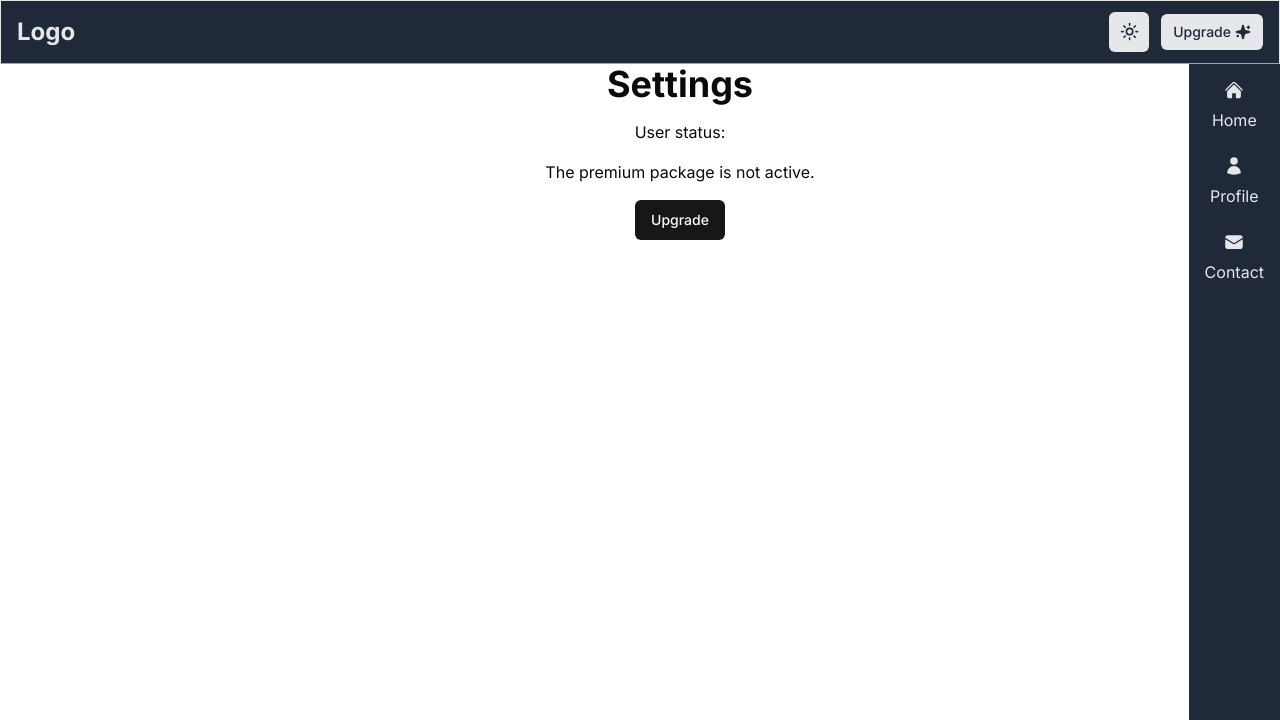
Repository: michalmilek/AI-companion-bot
Page: /settings
These files come from the project's save history. The page is drawn as it stood at one moment and after the next save; the edit follows.
The browser window is 1280 px wide. The pictures show the whole page.
The page's requests for data from a server got no answer. The project was rebuilt for these pictures with package versions that can differ from the ones it lists, and the page was loaded fresh each time. Some packages were replaced by stand-ins written for this rebuild. The framework's server and built-in components were replaced by stand-ins that run in the browser. No one was signed in, and anything a server would have sent is missing. Also part of the build but not shown: next.config.js. Imported but missing from the stored project, and not drawn on this page: lib/prismadb.

Above is the page before, as saved 2023-10-10 15:40:25.

### app/layout.tsx
import { ClerkProvider } from "@clerk/nextjs";
import "./globals.css";
import type { Metadata } from "next";
import { Inter } from "next/font/google";
import { ThemeProvider } from "@/components/theme-provider";

const inter = Inter({ subsets: ["latin"] });

export const metadata: Metadata = {
  title: "Create Next App",
  description: "Generated by create next app",
};

export default function RootLayout({
  children,
}: {
  children: React.ReactNode;
}) {
  return (
    <ClerkProvider>
      <html lang="en">
        <body className={inter.className}>
          <ThemeProvider
            attribute="class"
            defaultTheme="light"
            enableSystem
            disableTransitionOnChange>
            {children}
          </ThemeProvider>
        </body>
      </html>
    </ClerkProvider>
  );
}

### app/(root)/layout.tsx
import MobileSidebar from "@/components/MobileSidebar";
import Navbar from "@/components/Navbar";
import React from "react";

const RootLayout = ({ children }: { children: React.ReactNode }) => {
  return (
    <div className="h-screen">
      <Navbar />
      <MobileSidebar />
      <main className="md:pl-20 pt-16 h-full">{children}</main>
    </div>
  );
};

export default RootLayout;

### app/(root)/(routes)/settings/page.tsx
import { checkSubscription } from "@/lib/subscription";
import React from "react";
import SubscriptionPanel from "./companion/SubscriptionPanel";

const page = async () => {
  const isPro = await checkSubscription();
  return (
    <div>
      <SubscriptionPanel isPro={isPro} />
    </div>
  );
};

export default page;

### app/globals.css
@tailwind base;
@tailwind components;
@tailwind utilities;

@layer base {
  :root {
    --background: 0 0% 100%;
    --foreground: 0 0% 3.9%;

    --card: 0 0% 100%;
    --card-foreground: 0 0% 3.9%;

    --popover: 0 0% 100%;
    --popover-foreground: 0 0% 3.9%;

    --primary: 0 0% 9%;
    --primary-foreground: 0 0% 98%;

    --secondary: 0 0% 96.1%;
    --secondary-foreground: 0 0% 9%;

    --muted: 0 0% 96.1%;
    --muted-foreground: 0 0% 45.1%;

    --accent: 0 0% 96.1%;
    --accent-foreground: 0 0% 9%;

    --destructive: 0 84.2% 60.2%;
    --destructive-foreground: 0 0% 98%;

    --border: 0 0% 89.8%;
    --input: 0 0% 89.8%;
    --ring: 0 0% 3.9%;

    --radius: 0.5rem;
  }

  .dark {
    --background: 0 0% 3.9%;
    --foreground: 0 0% 98%;

    --card: 0 0% 3.9%;
    --card-foreground: 0 0% 98%;

    --popover: 0 0% 3.9%;
    --popover-foreground: 0 0% 98%;

    --primary: 0 0% 98%;
    --primary-foreground: 0 0% 9%;

    --secondary: 0 0% 14.9%;
    --secondary-foreground: 0 0% 98%;

    --muted: 0 0% 14.9%;
    --muted-foreground: 0 0% 63.9%;

    --accent: 0 0% 14.9%;
    --accent-foreground: 0 0% 98%;

    --destructive: 0 62.8% 30.6%;
    --destructive-foreground: 0 0% 98%;

    --border: 0 0% 14.9%;
    --input: 0 0% 14.9%;
    --ring: 0 0% 83.1%;
  }
}

@layer base {
  * {
    @apply border-border;
  }
  body {
    @apply bg-background text-foreground;
  }
}

*{
  box-sizing: border-box;
  padding: 0;
  margin: 0;
}

### components/MobileSidebar.tsx
"use client";

import React, { useState } from "react";
import { AnimatePresence, motion } from "framer-motion";
import { useTheme } from "next-themes";
import clsx from "clsx";
import { Theme, getThemeBackground } from "@/app/utils/helpers";
import { Button } from "./ui/button";
import {
  XMarkIcon,
  HomeIcon,
  UserIcon,
  EnvelopeIcon,
} from "@heroicons/react/24/solid";
import Link from "next/link";

const MobileSidebar = () => {
  const { theme } = useTheme();
  console.log("🚀 ~ theme:", theme);
  const [isOpen, setIsOpen] = useState(false);

  const toggleMenu = () => {
    setIsOpen(!isOpen);
  };

  return (
    <motion.aside
      key={"mobileSidebar"}
      className={`h-full py-2 fixed bottom-0 top-16 right-0 ${getThemeBackground(
        theme as Theme
      )}`}
      initial={{ x: "100%" }}
      animate={{ x: 0 }}
      transition={{ type: "tween", duration: 0.3 }}>
      <ul className="flex flex-col gap-2">
        <li>
          <Link
            className="flex flex-col items-center gap-2 py-2 hover:bg-gray-700"
            href="/">
            <HomeIcon className="h-5 w-5" />
            <span>Home</span>
          </Link>
        </li>
        <li>
          <Link
            className="flex flex-col items-center gap-2 py-2 px-4 hover:bg-gray-700"
            href="/profile">
            <UserIcon className="h-5 w-5" />
            <span>Profile</span>
          </Link>
        </li>
        <li>
          <Link
            className="flex flex-col items-center gap-2 py-2 px-4 hover:bg-gray-700"
            href="/contact">
            <EnvelopeIcon className="h-5 w-5" />
            <span>Contact</span>
          </Link>
        </li>
      </ul>
    </motion.aside>
  );
};
export default MobileSidebar;

### components/Navbar.tsx
"use client";

import React, { useEffect, useState } from "react";
import { UserButton } from "@clerk/nextjs";
import { Button } from "./ui/button";
import { Sparkles } from "lucide-react";
import { ThemeToggle } from "./theme-toggle";
import { useTheme } from "next-themes";
import clsx from "clsx";
import { Theme, getThemeBackground, getThemeColor } from "@/app/utils/helpers";

const Navbar = () => {
  const { theme } = useTheme();

  return (
    <nav
      className={`${getThemeBackground(
        theme as Theme
      )} h-16 flex justify-between items-center px-4 fixed top-0 left-0 right-0 z-50 border-b-gray-400 border`}>
      <a
        href="#"
        className="text-2xl font-bold">
        Logo
      </a>
      <div className="flex items-center gap-3">
        <ThemeToggle />
        <Button
          size="sm"
          variant={getThemeColor(theme as Theme)}>
          Upgrade
          <Sparkles className="text-gray-800 fill-gray-800 h-4 w-4" />
        </Button>

        <UserButton />
      </div>
    </nav>
  );
};

export default Navbar;

### lib/subscription.ts
import { auth } from "@clerk/nextjs";

import prismadb from "@/lib/prismadb";

const DAY_IN_MS = 86_400_000;

export const checkSubscription = async () => {
  const { userId } = auth();

  if (!userId) {
    return false;
  }

  const userSubscription = await prismadb.userSubscription.findUnique({
    where: {
      userId,
    },
    select: {
      stripeCurrentPeriodEnd: true,
      stripeCustomerId: true,
      stripePriceId: true,
      stripeSubscriptionId: true,
    },
  });

  if (!userSubscription) {
    return false;
  }

  const isValid =
    userSubscription.stripePriceId &&
    userSubscription.stripeCurrentPeriodEnd?.getTime()! + DAY_IN_MS >
      Date.now();

  return !!isValid;
};

### app/(root)/(routes)/settings/companion/SubscriptionPanel.tsx
"use client";

import { Button } from "@/components/ui/button";
import axios from "axios";
import React from "react";

const SubscriptionPanel = ({ isPro }: { isPro: boolean }) => {
  const onSubscribe = async () => {
    try {
      const response = await axios.get("/api/stripe");

      window.location.href = response.data.url;
    } catch (error) {
      console.log("onSubscribe error", error);
    }
  };

  return (
    <div className="flex flex-col gap-4 items-center justify-center">
      <h1 className="text-4xl font-bold">Settings</h1>
      <h2>User status:</h2>
      <p>
        {isPro
          ? "The premium package is active."
          : "The premium package is not active."}
      </p>
      <Button onClick={onSubscribe}>
        {isPro ? "Edit your subscription" : "Upgrade"}
      </Button>
    </div>
  );
};

export default SubscriptionPanel;

### app/utils/helpers.ts
import clsx from "clsx";

export type Theme = "dark" | "system" | "light";

export function getThemeColor(theme: Theme) {
  if (theme === "dark" || theme === "system") {
    return "dark";
  } else {
    return "gray";
  }
}

export const getThemeBackground = (theme: Theme) => {
  return clsx(
    (theme === "dark" || theme === "system") && "bg-gray-200 text-gray-800",
    theme === "light" && "bg-gray-800 text-gray-200"
  );
};

### components/ui/button.tsx
import * as React from "react";
import { Slot } from "@radix-ui/react-slot";
import { cva, type VariantProps } from "class-variance-authority";

import { cn } from "@/lib/utils";

const buttonVariants = cva(
  "inline-flex items-center justify-center rounded-md text-sm font-medium ring-offset-background transition-colors focus-visible:outline-none focus-visible:ring-2 focus-visible:ring-ring focus-visible:ring-offset-2 disabled:pointer-events-none disabled:opacity-50",
  {
    variants: {
      variant: {
        default: "bg-primary text-primary-foreground hover:bg-primary/90",
        destructive:
          "bg-destructive text-destructive-foreground hover:bg-destructive/90",
        outline:
          "border border-input bg-background hover:bg-accent hover:text-accent-foreground",
        secondary:
          "bg-secondary text-secondary-foreground hover:bg-secondary/80",
        ghost: "hover:bg-accent hover:text-accent-foreground",
        link: "text-primary underline-offset-4 hover:underline",
        gray: "bg-gray-200 text-gray-800 flex items-center gap-1 hover:bg-gray-300 transition-all",
        dark: "bg-gray-800 text-gray-200 flex items-center gap-1 hover:bg-gray-600 transition-all",
      },
      size: {
        default: "h-10 px-4 py-2",
        sm: "h-9 rounded-md px-3",
        lg: "h-11 rounded-md px-8",
        icon: "h-10 w-10",
      },
    },
    defaultVariants: {
      variant: "default",
      size: "default",
    },
  }
);

export interface ButtonProps
  extends React.ButtonHTMLAttributes<HTMLButtonElement>,
    VariantProps<typeof buttonVariants> {
  asChild?: boolean;
}

const Button = React.forwardRef<HTMLButtonElement, ButtonProps>(
  ({ className, variant, size, asChild = false, ...props }, ref) => {
    const Comp = asChild ? Slot : "button";
    return (
      <Comp
        className={cn(buttonVariants({ variant, size, className }))}
        ref={ref}
        {...props}
      />
    );
  }
);
Button.displayName = "Button";

export { Button, buttonVariants };

### components/theme-toggle.tsx
"use client";

import * as React from "react";
import { Moon, Sun } from "lucide-react";
import { useTheme } from "next-themes";

import { Button } from "@/components/ui/button";
import {
  DropdownMenu,
  DropdownMenuContent,
  DropdownMenuItem,
  DropdownMenuTrigger,
} from "@/components/ui/dropdown-menu";
import { Theme, getThemeColor } from "@/app/utils/helpers";

export function ThemeToggle() {
  const { theme, setTheme } = useTheme();

  return (
    <DropdownMenu>
      <DropdownMenuTrigger asChild>
        <Button
          variant={getThemeColor(theme as Theme)}
          size="icon">
          <Sun className="h-[1.2rem] w-[1.2rem] rotate-0 scale-100 transition-all dark:-rotate-90 dark:scale-0" />
          <Moon className="absolute h-[1.2rem] w-[1.2rem] rotate-90 scale-0 transition-all dark:rotate-0 dark:scale-100" />
          <span className="sr-only">Toggle theme</span>
        </Button>
      </DropdownMenuTrigger>
      <DropdownMenuContent align="end">
        <DropdownMenuItem onClick={() => setTheme("light")}>
          Light
        </DropdownMenuItem>
        <DropdownMenuItem onClick={() => setTheme("dark")}>
          Dark
        </DropdownMenuItem>
        <DropdownMenuItem onClick={() => setTheme("system")}>
          System
        </DropdownMenuItem>
      </DropdownMenuContent>
    </DropdownMenu>
  );
}

### components/ui/dropdown-menu.tsx
"use client"

import * as React from "react"
import * as DropdownMenuPrimitive from "@radix-ui/react-dropdown-menu"
import { Check, ChevronRight, Circle } from "lucide-react"

import { cn } from "@/lib/utils"

const DropdownMenu = DropdownMenuPrimitive.Root

const DropdownMenuTrigger = DropdownMenuPrimitive.Trigger

const DropdownMenuGroup = DropdownMenuPrimitive.Group

const DropdownMenuPortal = DropdownMenuPrimitive.Portal

const DropdownMenuSub = DropdownMenuPrimitive.Sub

const DropdownMenuRadioGroup = DropdownMenuPrimitive.RadioGroup

const DropdownMenuSubTrigger = React.forwardRef<
  React.ElementRef<typeof DropdownMenuPrimitive.SubTrigger>,
  React.ComponentPropsWithoutRef<typeof DropdownMenuPrimitive.SubTrigger> & {
    inset?: boolean
  }
>(({ className, inset, children, ...props }, ref) => (
  <DropdownMenuPrimitive.SubTrigger
    ref={ref}
    className={cn(
      "flex cursor-default select-none items-center rounded-sm px-2 py-1.5 text-sm outline-none focus:bg-accent data-[state=open]:bg-accent",
      inset && "pl-8",
      className
    )}
    {...props}
  >
    {children}
    <ChevronRight className="ml-auto h-4 w-4" />
  </DropdownMenuPrimitive.SubTrigger>
))
DropdownMenuSubTrigger.displayName =
  DropdownMenuPrimitive.SubTrigger.displayName

const DropdownMenuSubContent = React.forwardRef<
  React.ElementRef<typeof DropdownMenuPrimitive.SubContent>,
  React.ComponentPropsWithoutRef<typeof DropdownMenuPrimitive.SubContent>
>(({ className, ...props }, ref) => (
  <DropdownMenuPrimitive.SubContent
    ref={ref}
    className={cn(
      "z-50 min-w-[8rem] overflow-hidden rounded-md border bg-popover p-1 text-popover-foreground shadow-lg data-[state=open]:animate-in data-[state=closed]:animate-out data-[state=closed]:fade-out-0 data-[state=open]:fade-in-0 data-[state=closed]:zoom-out-95 data-[state=open]:zoom-in-95 data-[side=bottom]:slide-in-from-top-2 data-[side=left]:slide-in-from-right-2 data-[side=right]:slide-in-from-left-2 data-[side=top]:slide-in-from-bottom-2",
      className
    )}
    {...props}
  />
))
DropdownMenuSubContent.displayName =
  DropdownMenuPrimitive.SubContent.displayName

const DropdownMenuContent = React.forwardRef<
  React.ElementRef<typeof DropdownMenuPrimitive.Content>,
  React.ComponentPropsWithoutRef<typeof DropdownMenuPrimitive.Content>
>(({ className, sideOffset = 4, ...props }, ref) => (
  <DropdownMenuPrimitive.Portal>
    <DropdownMenuPrimitive.Content
      ref={ref}
      sideOffset={sideOffset}
      className={cn(
        "z-50 min-w-[8rem] overflow-hidden rounded-md border bg-popover p-1 text-popover-foreground shadow-md data-[state=open]:animate-in data-[state=closed]:animate-out data-[state=closed]:fade-out-0 data-[state=open]:fade-in-0 data-[state=closed]:zoom-out-95 data-[state=open]:zoom-in-95 data-[side=bottom]:slide-in-from-top-2 data-[side=left]:slide-in-from-right-2 data-[side=right]:slide-in-from-left-2 data-[side=top]:slide-in-from-bottom-2",
        className
      )}
      {...props}
    />
  </DropdownMenuPrimitive.Portal>
))
DropdownMenuContent.displayName = DropdownMenuPrimitive.Content.displayName

const DropdownMenuItem = React.forwardRef<
  React.ElementRef<typeof DropdownMenuPrimitive.Item>,
  React.ComponentPropsWithoutRef<typeof DropdownMenuPrimitive.Item> & {
    inset?: boolean
  }
>(({ className, inset, ...props }, ref) => (
  <DropdownMenuPrimitive.Item
    ref={ref}
    className={cn(
      "relative flex cursor-default select-none items-center rounded-sm px-2 py-1.5 text-sm outline-none transition-colors focus:bg-accent focus:text-accent-foreground data-[disabled]:pointer-events-none data-[disabled]:opacity-50",
      inset && "pl-8",
      className
    )}
    {...props}
  />
))
DropdownMenuItem.displayName = DropdownMenuPrimitive.Item.displayName

const DropdownMenuCheckboxItem = React.forwardRef<
  React.ElementRef<typeof DropdownMenuPrimitive.CheckboxItem>,
  React.ComponentPropsWithoutRef<typeof DropdownMenuPrimitive.CheckboxItem>
>(({ className, children, checked, ...props }, ref) => (
  <DropdownMenuPrimitive.CheckboxItem
    ref={ref}
    className={cn(
      "relative flex cursor-default select-none items-center rounded-sm py-1.5 pl-8 pr-2 text-sm outline-none transition-colors focus:bg-accent focus:text-accent-foreground data-[disabled]:pointer-events-none data-[disabled]:opacity-50",
      className
    )}
    checked={checked}
    {...props}
  >
    <span className="absolute left-2 flex h-3.5 w-3.5 items-center justify-center">
      <DropdownMenuPrimitive.ItemIndicator>
        <Check className="h-4 w-4" />
      </DropdownMenuPrimitive.ItemIndicator>
    </span>
    {children}
  </DropdownMenuPrimitive.CheckboxItem>
))
DropdownMenuCheckboxItem.displayName =
  DropdownMenuPrimitive.CheckboxItem.displayName

const DropdownMenuRadioItem = React.forwardRef<
  React.ElementRef<typeof DropdownMenuPrimitive.RadioItem>,
  React.ComponentPropsWithoutRef<typeof DropdownMenuPrimitive.RadioItem>
>(({ className, children, ...props }, ref) => (
  <DropdownMenuPrimitive.RadioItem
    ref={ref}
    className={cn(
      "relative flex cursor-default select-none items-center rounded-sm py-1.5 pl-8 pr-2 text-sm outline-none transition-colors focus:bg-accent focus:text-accent-foreground data-[disabled]:pointer-events-none data-[disabled]:opacity-50",
      className
    )}
    {...props}
  >
    <span className="absolute left-2 flex h-3.5 w-3.5 items-center justify-center">
      <DropdownMenuPrimitive.ItemIndicator>
        <Circle className="h-2 w-2 fill-current" />
      </DropdownMenuPrimitive.ItemIndicator>
    </span>
    {children}
  </DropdownMenuPrimitive.RadioItem>
))
DropdownMenuRadioItem.displayName = DropdownMenuPrimitive.RadioItem.displayName

const DropdownMenuLabel = React.forwardRef<
  React.ElementRef<typeof DropdownMenuPrimitive.Label>,
  React.ComponentPropsWithoutRef<typeof DropdownMenuPrimitive.Label> & {
    inset?: boolean
  }
>(({ className, inset, ...props }, ref) => (
  <DropdownMenuPrimitive.Label
    ref={ref}
    className={cn(
      "px-2 py-1.5 text-sm font-semibold",
      inset && "pl-8",
      className
    )}
    {...props}
  />
))
DropdownMenuLabel.displayName = DropdownMenuPrimitive.Label.displayName

const DropdownMenuSeparator = React.forwardRef<
  React.ElementRef<typeof DropdownMenuPrimitive.Separator>,
  React.ComponentPropsWithoutRef<typeof DropdownMenuPrimitive.Separator>
>(({ className, ...props }, ref) => (
  <DropdownMenuPrimitive.Separator
    ref={ref}
    className={cn("-mx-1 my-1 h-px bg-muted", className)}
    {...props}
  />
))
DropdownMenuSeparator.displayName = DropdownMenuPrimitive.Separator.displayName

const DropdownMenuShortcut = ({
  className,
  ...props
}: React.HTMLAttributes<HTMLSpanElement>) => {
  return (
    <span
      className={cn("ml-auto text-xs tracking-widest opacity-60", className)}
      {...props}
    />
  )
}
DropdownMenuShortcut.displayName = "DropdownMenuShortcut"

export {
  DropdownMenu,
  DropdownMenuTrigger,
  DropdownMenuContent,
  DropdownMenuItem,
  DropdownMenuCheckboxItem,
  DropdownMenuRadioItem,
  DropdownMenuLabel,
  DropdownMenuSeparator,
  DropdownMenuShortcut,
  DropdownMenuGroup,
  DropdownMenuPortal,
  DropdownMenuSub,
  DropdownMenuSubContent,
  DropdownMenuSubTrigger,
  DropdownMenuRadioGroup,
}

Loaded but not shown: components/theme-provider.tsx (common file); lib/utils.ts (common file); tailwind.config.js (common file)

After the next save:
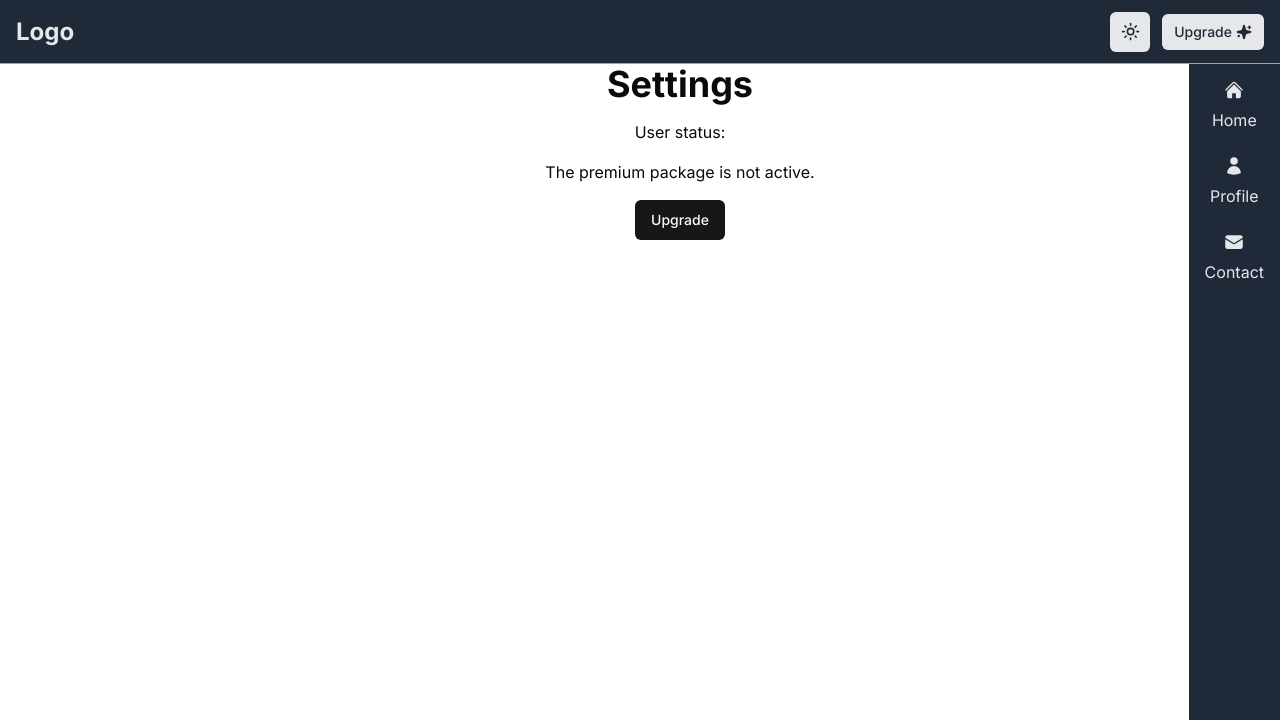
Saved 5 s later.
--- a/components/Navbar.tsx
+++ b/components/Navbar.tsx
@@ -16,7 +16,7 @@ const Navbar = () => {
     <nav
       className={`${getThemeBackground(
         theme as Theme
-      )} h-16 flex justify-between items-center px-4 fixed top-0 left-0 right-0 z-50 border-b-gray-400 border`}>
+      )} h-16 flex justify-between items-center px-4 fixed top-0 left-0 right-0 z-50 border-b-gray-400 border-b`}>
       <a
         href="#"
         className="text-2xl font-bold">
